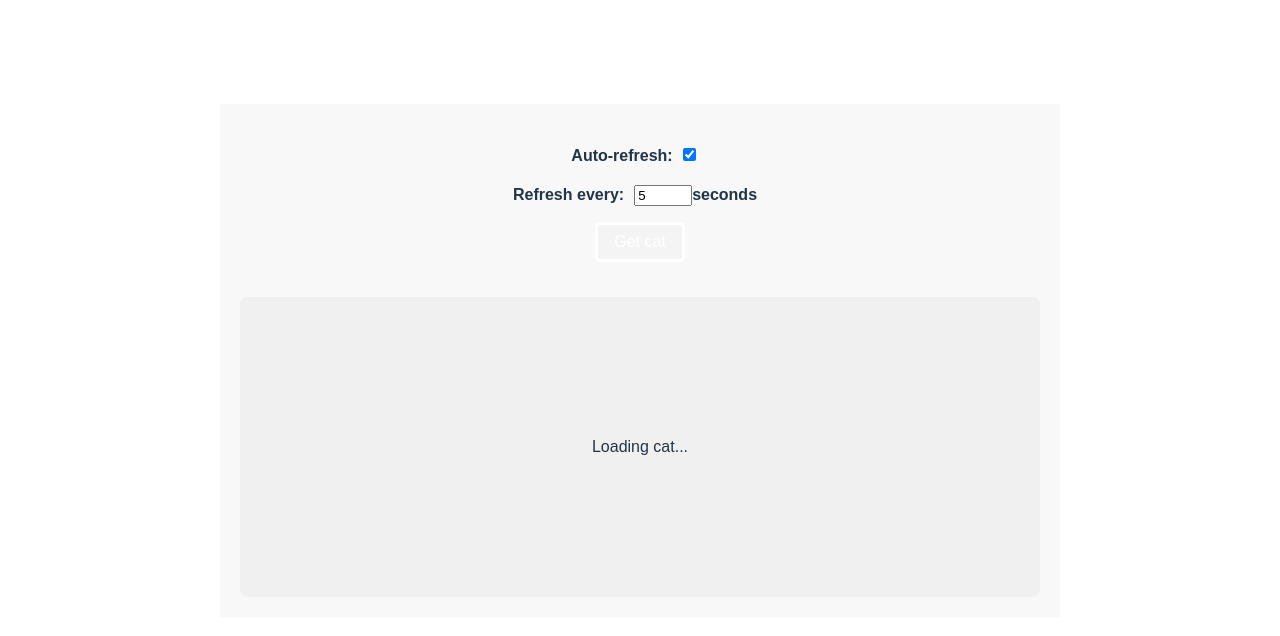
Repository: Pharaoh5/test-assignment5
Page: /
An editor plug-in stored every save of this project. The page is shown before and after the next save, followed by the edit.
The browser window is 1280 px wide. The pictures show the whole page.
The page's requests for data from a server got no answer. The project was rebuilt for these pictures with package versions that can differ from the ones it lists, and the page was loaded fresh each time. No one was signed in, and anything a server would have sent is missing. Also part of the build but not shown: vite.config.ts.

Above is the page before, as saved 2025-04-08 19:22:31.

### index.html
<!doctype html>
<html lang="en">
  <head>
    <meta charset="UTF-8" />
    <link rel="icon" type="image/svg+xml" href="/vite.svg" />
    <meta name="viewport" content="width=device-width, initial-scale=1.0" />
    <title>Vite + React + TS</title>
  </head>
  <body>
    <div id="root" style="width: 100%;"></div>
    <script type="module" src="/src/main.tsx"></script>
  </body>
</html>

### src/App.tsx
import { useState, useEffect } from 'react';
import styled from 'styled-components';
import CatImage from './components/CatImage';
import Controls from './components/Controls';

const AppContainer = styled.div`
  background-color: #f8f8f8;
  font-family: Arial, sans-serif;
  max-width: 800px;
  margin: 0 auto;
  padding: 20px;
  text-align: center;
`;

const App = () => {
  const [catImage, setCatImage] = useState(null);
  const [autoRefresh, setAutoRefresh] = useState(true);
  const [refreshInterval, setRefreshInterval] = useState(5);

  const fetchCat = async () => {
    try {
      const response = await fetch('https://api.thecatapi.com/v1/images/search');
      const data = await response.json();
      setCatImage(data[0].url);
    } catch (error) {
      console.error('Error fetching cat:', error);
    }
  };

  useEffect(() => {
    fetchCat();
  }, []);

  useEffect(() => {
    let intervalId: number;
    if (autoRefresh) {
      intervalId = setInterval(fetchCat, refreshInterval * 1000);
    }
    return () => {
      if (intervalId) clearInterval(intervalId);
    };
  }, [autoRefresh, refreshInterval]);

  return (
    <AppContainer>
      <Controls
      autoRefresh={autoRefresh}
      refreshInterval={refreshInterval}
      onToggleAutoRefresh={() => setAutoRefresh(!autoRefresh)}
      onRefreshIntervalChange={(e: React.ChangeEvent<HTMLInputElement>) => setRefreshInterval(Number(e.target.value))}
      onManualRefresh={fetchCat}
      />
      <CatImage imageUrl={catImage as string | null} />
    </AppContainer>
  );
};

export default App;

### src/components/CatImage.tsx
import styled from 'styled-components';

const ImageContainer = styled.div`
`;

const CatImg = styled.img`
  max-width: 100%;
  max-height: 500px;
  border-radius: 8px;
  box-shadow: 0 2px 4px rgba(0, 0, 0, 0.1);
`;

const Placeholder = styled.div`
  width: 100%;
  height: 300px;
  background-color: #f0f0f0;
  display: flex;
  align-items: center;
  justify-content: center;
  border-radius: 8px;
`;

interface CatImageProps {
    imageUrl?: string | null;
  }

const CatImage = ({ imageUrl }: CatImageProps) => {
  return (
    <ImageContainer>
      {imageUrl ? (
        <CatImg src={imageUrl} alt="Random cat" />
      ) : (
        <Placeholder>Loading cat...</Placeholder>
      )}
    </ImageContainer>
  );
};

export default CatImage;

### src/components/Controls.tsx
import styled from 'styled-components';

const ControlsContainer = styled.div`
  padding: 20px;
  border-radius: 8px;
`;

const ControlGroup = styled.div`
  margin-bottom: 15px;
`;

const Label = styled.label`
  margin-right: 10px;
  font-weight: bold;
`;

const Button = styled.button`
  padding: 8px 16px;
  background-color: #f4f4f4;
  color: white;
  border: none;
  border-radius: 4px;
  cursor: pointer;
  font-size: 16px;
  border: solid;

  &:hover {
    background-color:rgb(24, 24, 24);
  }
`;

interface ControlsProps {
  autoRefresh: boolean;
  refreshInterval: number;
  onToggleAutoRefresh: (event: React.ChangeEvent<HTMLInputElement>) => void;
  onRefreshIntervalChange: (event: React.ChangeEvent<HTMLInputElement>) => void;
  onManualRefresh: () => void;
}

const Controls: React.FC<ControlsProps> = ({
  autoRefresh,
  refreshInterval,
  onToggleAutoRefresh,
  onRefreshIntervalChange,
  onManualRefresh
}) => {
  return (
    <ControlsContainer>
      <ControlGroup>
        <Label>
          Auto-refresh:
          <input
            type="checkbox"
            checked={autoRefresh}
            onChange={onToggleAutoRefresh}
            style={{ marginLeft: '10px' }}
          />
        </Label>
      </ControlGroup>

      {autoRefresh && (
        <ControlGroup>
          <Label>
            Refresh every:
            <input
              type="number"
              min="1"
              max="60"
              value={refreshInterval}
              onChange={onRefreshIntervalChange}
              style={{ marginLeft: '10px', width: '50px' }}
            />
            seconds
          </Label>
        </ControlGroup>
      )}

      <ControlGroup>
        <Button onClick={onManualRefresh}>Get cat</Button>
      </ControlGroup>
    </ControlsContainer>
  );
};

export default Controls;

Loaded but not shown: src/main.tsx (common file); src/index.css (common file)

After the next save:
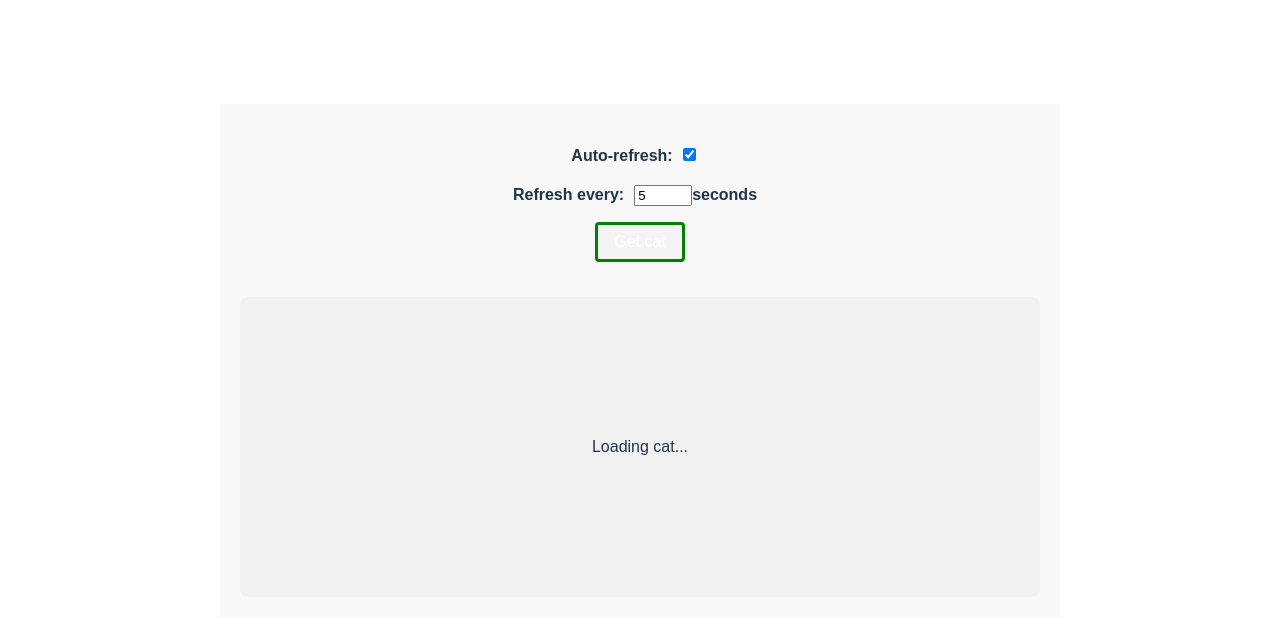
Saved 12 s later.
--- a/src/components/Controls.tsx
+++ b/src/components/Controls.tsx
@@ -22,7 +22,7 @@ const Button = styled.button`
   border-radius: 4px;
   cursor: pointer;
   font-size: 16px;
-  border: solid;
+  border: solid green;
 
   &:hover {
     background-color:rgb(24, 24, 24);
